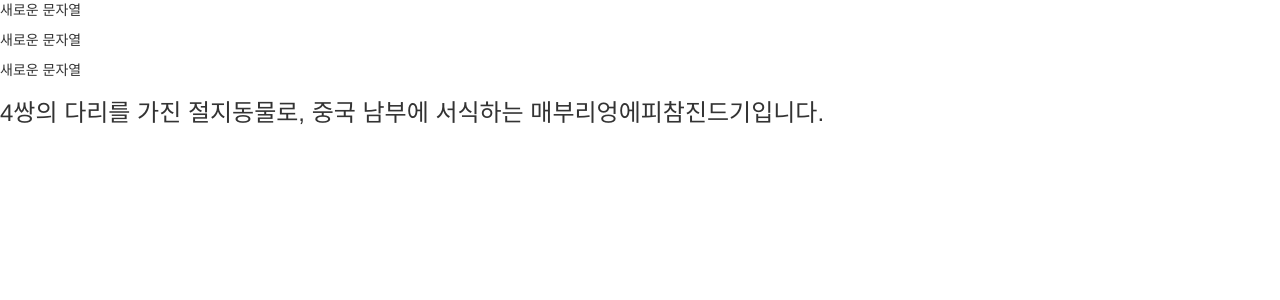
Repository: suhong99/JqueryLecture
Page: sample01/src/main/webapp/index.html
The author's editor kept a copy of each file at every save. The page is drawn from the files as they stood at one save, then again after the next save.
The browser window is 1280 px wide. The pictures show the whole page.

Above is the page before, as saved 2023-06-26 01:37:17.

After the next save:
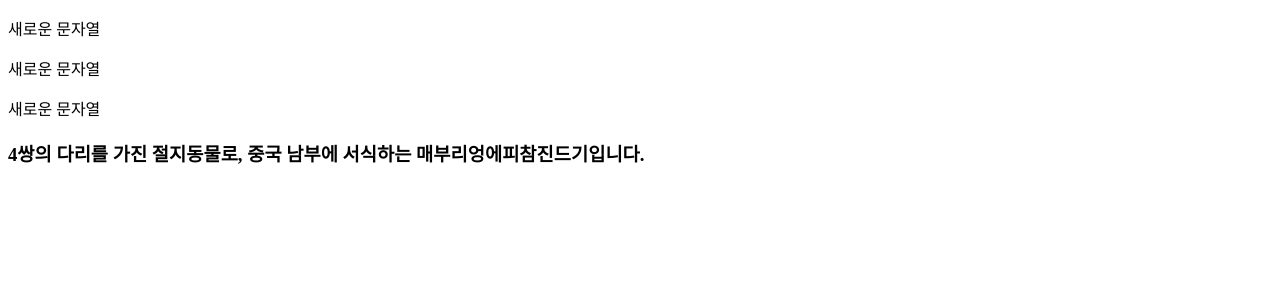
Saved 11 s later.
--- a/sample01/src/main/webapp/index.html
+++ b/sample01/src/main/webapp/index.html
@@ -3,10 +3,7 @@
 <head>
 <meta charset="UTF-8">
 <title>Insert title here</title>
-  <link rel="stylesheet" href="https://maxcdn.bootstrapcdn.com/bootstrap/3.4.1/css/bootstrap.min.css">
   <script src="https://ajax.googleapis.com/ajax/libs/jquery/3.6.4/jquery.min.js"></script>
-  <script src="https://maxcdn.bootstrapcdn.com/bootstrap/3.4.1/js/bootstrap.min.js"></script>
-
 </head>
 <body>
 <!--
